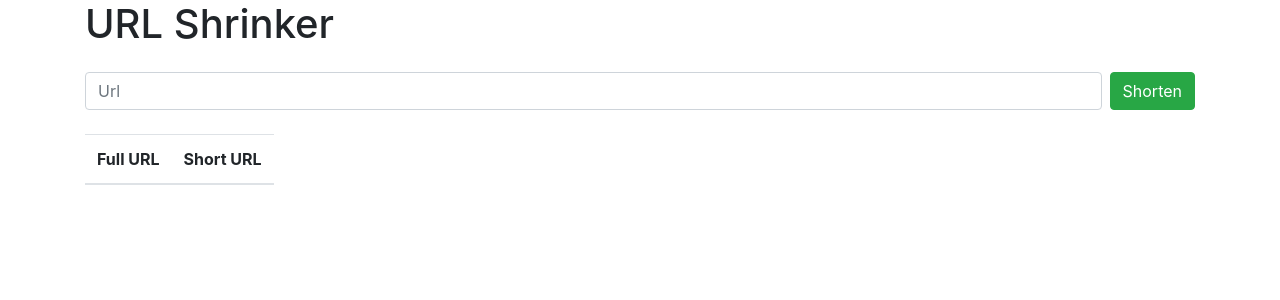
Repository: Art101-ui/Url-shorterner
Page: http://localhost/
These files come from the project's save history. The page is drawn as it stood at one moment and after the next save; the edit follows.
The browser window is 1280 px wide. The pictures show the whole page.
The page is served by the project's Node server (server.js). Queries for data that is not in the repository find no rows.

Above is the page before, as saved 2022-02-24 14:23:34.

After the next save:
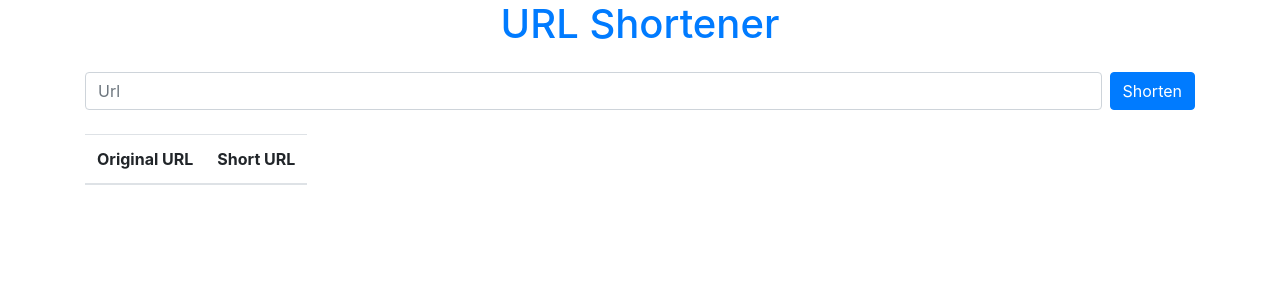
Saved 3 min 4 s later.
--- a/views/index.ejs
+++ b/views/index.ejs
@@ -14,7 +14,7 @@
   </head>
   <body>
     <div class="container">
-      <h1 class="center">URL Shrinker</h1>
+      <h1 class="text-center text-primary">URL Shortener</h1>
       <form action="/shortUrls" method="POST" class="my-4 form-inline">
         <label for="fullUrl" class="sr-only">Input your Original Url</label>
         <input
@@ -25,13 +25,13 @@
           id="fullUrl"
           class="form-control col mr-2"
         />
-        <button class="btn btn-success" type="submit">Shorten</button>
+        <button class="btn btn-primary" type="submit">Shorten</button>
       </form>
 
       <table class="table table-striped table-responsive">
         <thead>
           <tr>
-            <th>Full URL</th>
+            <th>Original URL</th>
             <th>Short URL</th>
           </tr>
         </thead>
